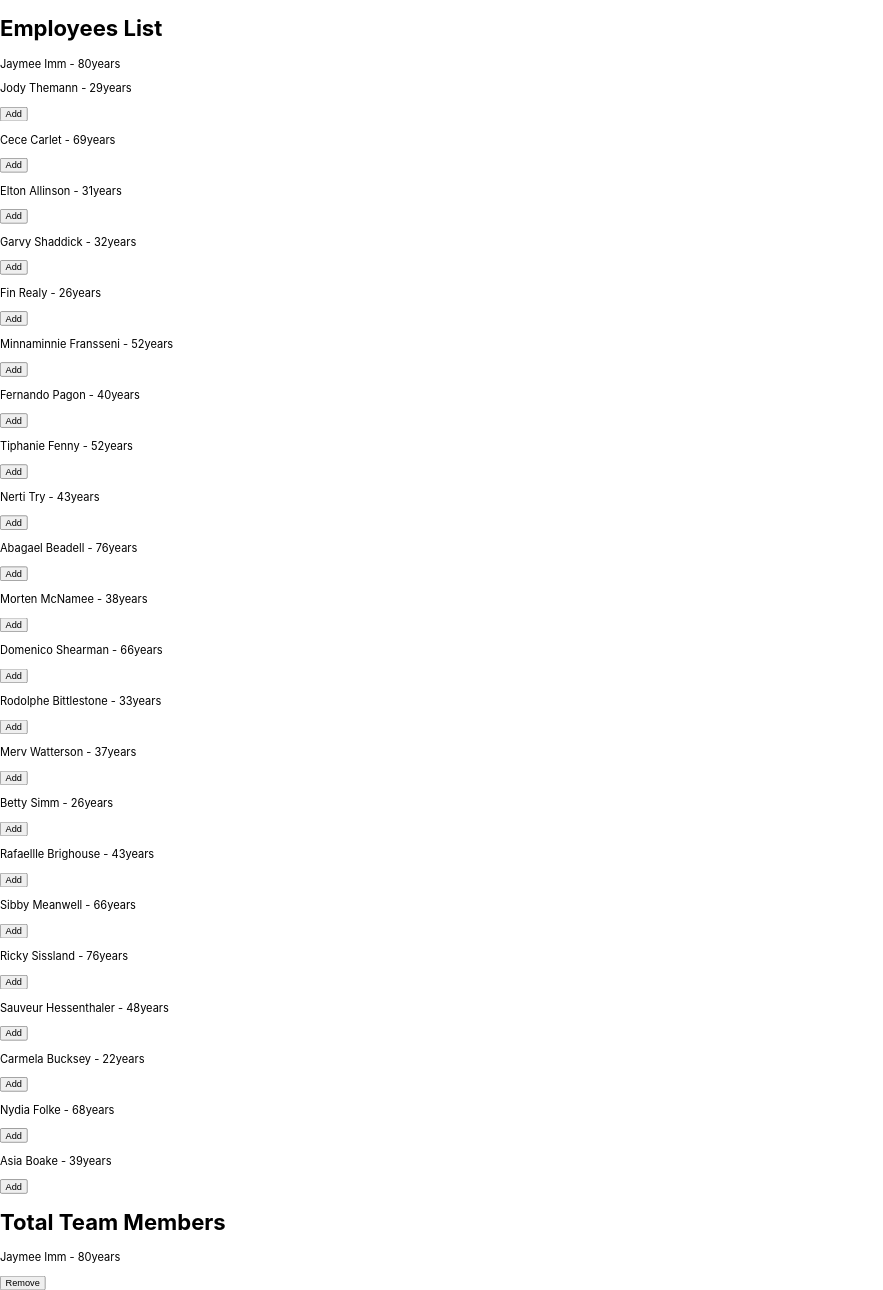
Repository: sriram1224/Teams-list
Page: /, after clicking the first element matching `button`
These files come from the project's save history. The page is drawn as it stood at one moment and after the next save; the edit follows.
The browser window is 1280 px wide. The pictures show the whole page, at 69% of full size.
The project was rebuilt for these pictures with package versions that can differ from the ones it lists, and the page was loaded fresh each time.

Above is the page before, as saved 2024-03-26 16:27:32.

After the next save:
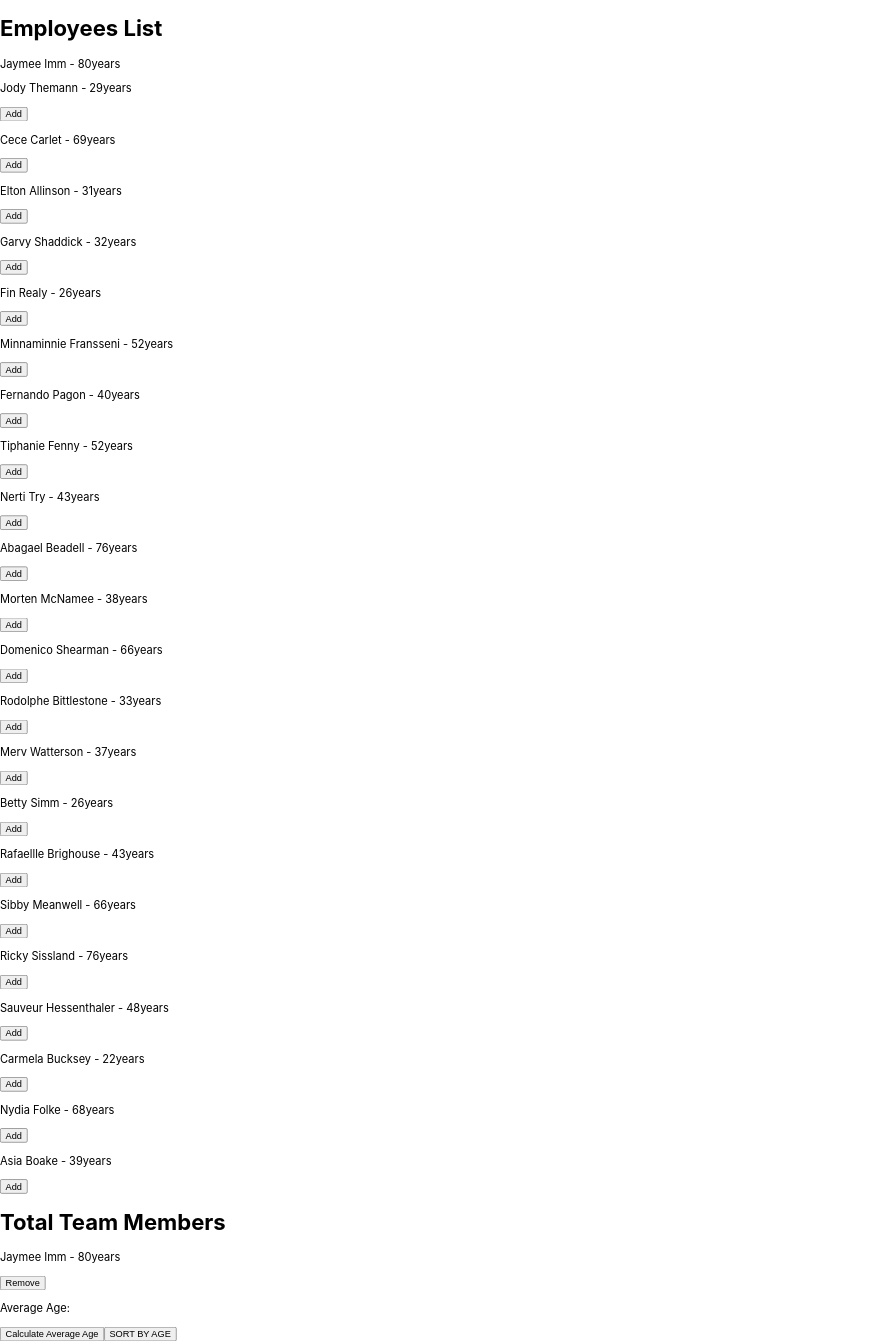
Saved 98 s later.
--- a/src/TotalEmployees.jsx
+++ b/src/TotalEmployees.jsx
@@ -14,7 +14,13 @@ const TotalEmployees = ({ team, dispatch }) => {
                     ) }
                 </div>
             ))}
-
+             <p>Average Age: {team.length > 0 ? team.averageAge : 0}</p>
+      <button onClick={() => dispatch({ type: "Calculate_Average" })}>
+        Calculate Average Age
+      </button>
+      <button onClick={() => dispatch({ type: "sort" })}>
+        SORT BY AGE
+      </button>
         </div>
     );
 }
